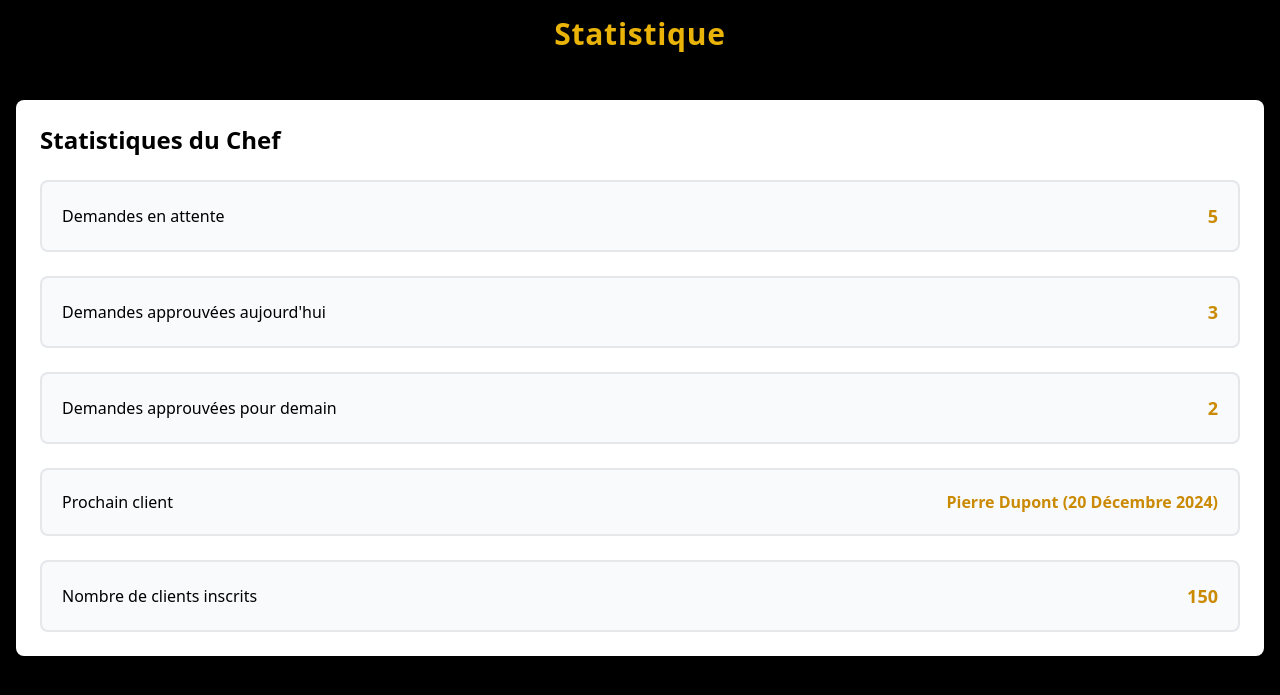
Repository: HamzaChehlaoui/Site-Web-pour-un-Chef-Cuisinier
Page: http://localhost/statistique.php
An editor plug-in stored every save of this project. The page is shown before and after a run of saves, followed by the edit.
The browser window is 1280 px wide. The pictures show the whole page.
Some web libraries are served in a nearby version. The page is run by PHP 8.4 with error messages shown; the project is at /var/www/html/.

Above is the page before, as saved 2024-12-18 12:56:46.

### statistique.php
<!DOCTYPE html>
<html lang="fr">

<head>
    <meta charset="UTF-8">
    <meta name="viewport" content="width=device-width, initial-scale=1.0">
    <title>Gestion des Réservations - Statistiques</title>
    <!-- Tailwind CSS CDN -->
    <script src="https://cdn.tailwindcss.com"></script>
    <style>
        /* Custom Slide-in animation */
        @keyframes slideIn {
            0% {
                transform: translateX(-100%);
                opacity: 0;
            }
            100% {
                transform: translateX(0);
                opacity: 1;
            }
        }

        /* Apply the animation to the cards */
        .slide-in {
            animation: slideIn 0.5s ease-out forwards;
        }
    </style>
</head>

<body class="bg-black text-white font-sans">

    <!-- Header -->
    <header class=" text-black py-4 text-center shadow-md">
        <h1 class="text-3xl font-extrabold tracking-wide text-yellow-500">Statistique</h1>
    </header>

    <!-- Main Content -->
    <main class="container mx-auto my-8 px-4">
        <div class="grid grid-cols-1 md:grid-cols-1 gap-8">

            <!-- Statistics Box -->
            <div class="bg-white shadow-lg rounded-lg p-6 slide-in">
                <h2 class="text-2xl font-semibold text-black mb-6">Statistiques du Chef</h2>
                <div class="space-y-6">

                    <!-- Pending Requests -->
                    <div class="flex justify-between items-center bg-gray-50 p-5 rounded-lg border-2 border-gray-200 hover:bg-yellow-50 transition">
                        <span class="text-black font-medium">Demandes en attente</span>
                        <span class="text-yellow-600 font-semibold text-lg">5</span>
                    </div>

                    <!-- Approved Today -->
                    <div class="flex justify-between items-center bg-gray-50 p-5 rounded-lg border-2 border-gray-200 hover:bg-yellow-50 transition">
                        <span class="text-black font-medium">Demandes approuvées aujourd'hui</span>
                        <span class="text-yellow-600 font-semibold text-lg">3</span>
                    </div>

                    <!-- Approved Tomorrow -->
                    <div class="flex justify-between items-center bg-gray-50 p-5 rounded-lg border-2 border-gray-200 hover:bg-yellow-50 transition">
                        <span class="text-black font-medium">Demandes approuvées pour demain</span>
                        <span class="text-yellow-600 font-semibold text-lg">2</span>
                    </div>

                    <!-- Next Client Details -->
                    <div class="flex justify-between items-center bg-gray-50 p-5 rounded-lg border-2 border-gray-200 hover:bg-yellow-50 transition">
                        <span class="text-black font-medium">Prochain client</span>
                        <span class="text-yellow-600 font-semibold">Pierre Dupont (20 Décembre 2024)</span>
                    </div>

                    <!-- Registered Clients -->
                    <div class="flex justify-between items-center bg-gray-50 p-5 rounded-lg border-2 border-gray-200 hover:bg-yellow-50 transition">
                        <span class="text-black font-medium">Nombre de clients inscrits</span>
                        <span class="text-yellow-600 font-semibold text-lg">150</span>
                    </div>
                </div>
            </div>

        </div>
    </main>

</body>

</html>

After the next 5 saves:
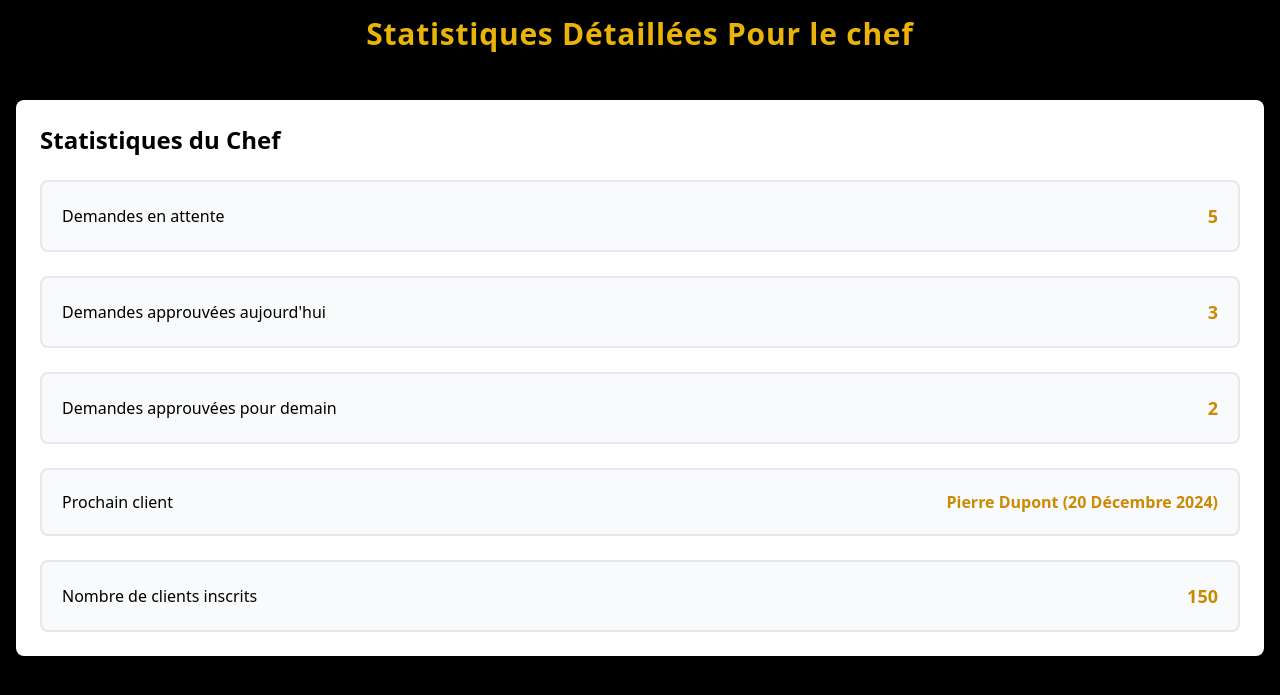
The 5 saves are shown as one change because they came seconds apart.
The last was saved 2 min 14 s later.
--- a/statistique.php
+++ b/statistique.php
@@ -31,7 +31,7 @@
 
     <!-- Header -->
     <header class=" text-black py-4 text-center shadow-md">
-        <h1 class="text-3xl font-extrabold tracking-wide text-yellow-500">Statistique</h1>
+        <h1 class="text-3xl font-extrabold tracking-wide text-yellow-500">Statistiques Détaillées Pour le chef</h1>
     </header>
 
     <!-- Main Content -->
